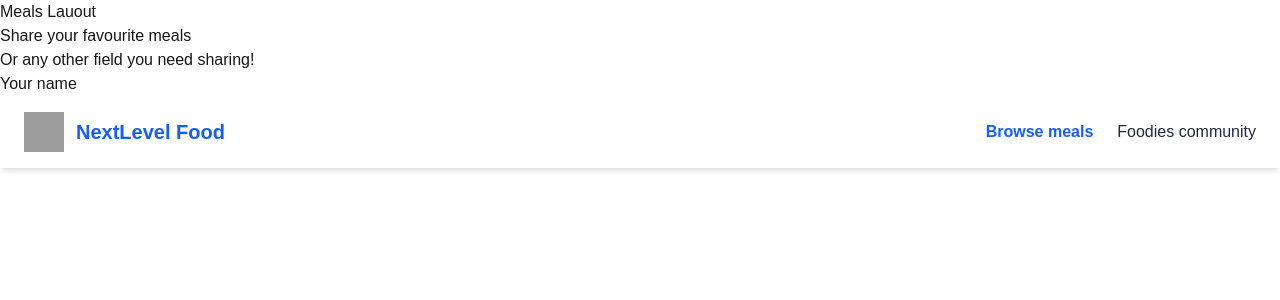
Repository: ananya2420/my-next-app
Page: /meals/share
The author's editor kept a copy of each file at every save. The page is drawn from the files as they stood at one save, then again after a run of saves.
The browser window is 1280 px wide. The pictures show the whole page.
Pictures or frames that could not be fetched are drawn as grey boxes. The project was rebuilt for these pictures with package versions that can differ from the ones it lists, and the page was loaded fresh each time. The framework's server and built-in components were replaced by stand-ins that run in the browser. Also part of the build but not shown: next.config.mjs.

Above is the page before, as saved 2025-03-29 13:38:44.

### src/app/layout.js
//import { Geist, Geist_Mono } from "next/font/google";
import MainHeader from "../../components/main-header";

import "./globals.css";

/*
const geistSans = Geist({
  variable: "--font-geist-sans",
  subsets: ["latin"],
});

const geistMono = Geist_Mono({
  variable: "--font-geist-mono",
  subsets: ["latin"],
});
*/

export const metadata = {
  title: "Create Next App",
  description: "Generated by create next app",
};

export default function RootLayout({ children }) {
  return (
    <html lang="en">
    {/*  <body
       className={`${geistSans.variable} ${geistMono.variable} antialiased`}
      > */}
      <body>
        {children}
        <MainHeader />

      </body>
    </html>
  );
}

### src/app/meals/layout.js
export default function MealsLayout({children}){
    return <>
    <p>Meals Lauout</p>
    {children}

    </>
}

### src/app/meals/share/page.js
export default function ShareMealPage(){

    //console.log('Meals page');

    return(
    <>
    <header>
        <h1>Share your <span>favourite meals</span></h1>
        <p>Or any other field you need sharing!</p>
    </header>

    <main>
        <form>
            <div>
                <p>
                    <label htmlFor="name">Your name</label>
                    <input type='text' id='name' name='name' required />

                </p>
            </div>
        </form>

    </main>
    </>
    )
}

### components/main-header.js


import Link from "next/link";
import logoImg from './assets/icon/logo.png'
import NavLink from "./nav-link";
//import { usePathname } from "next/navigation";

export default function MainHeader() {
  //const path = usePathname();

  return (
    <header className="flex items-center justify-between bg-white shadow-md px-6 py-4">
      {/* Logo and Branding */}
      <Link href="/" className="flex items-center space-x-3 text-xl font-bold text-gray-800">
        <img src={logoImg} alt="A plate with food on it" className="w-10 h-10" />
        <span className="text-blue-600">NextLevel Food</span>
      </Link>

      {/* Navigation */}
      <nav>
        <ul className="flex space-x-6">
          <li>
           <NavLink href="/meals">Browse meals</NavLink>
          </li>
          <li>
            <NavLink href="/community">Foodies community</NavLink>
          </li>
        </ul>
      </nav>
    </header>
  );
}

### src/app/globals.css
@import "tailwindcss";

/* styles/globals.css */
@tailwind base;
@tailwind components;
@tailwind utilities;



:root {
  --background: #ffffff;
  --foreground: #171717;
}

@theme inline {
  --color-background: var(--background);
  --color-foreground: var(--foreground);
  --font-sans: var(--font-geist-sans);
  --font-mono: var(--font-geist-mono);
}

@media (prefers-color-scheme: dark) {
  :root {
    --background: #0a0a0a;
    --foreground: #ededed;
  }
}
*{
  box-sizing: border-box;
}
html{
  font-family: 'Open sans',sans-serif;
  height:100%;
}
body {
  height: 100%;
  margin: 0;
  color:#ddd8e4;
  background: var(--background);
  color: var(--foreground);
  font-family: Arial, Helvetica, sans-serif;
}

### components/nav-link.js
"use client";

import Link from "next/link";
import { usePathname } from "next/navigation";

export default function NavLink({href,children}){

  const path =   usePathname();
    return  <Link href={href} className={`${path.startsWith(href) ? 'text-blue-600 font-bold' : 'text-gray-800'}`}>
   {children}
  </Link>
}

After the next 3 saves:
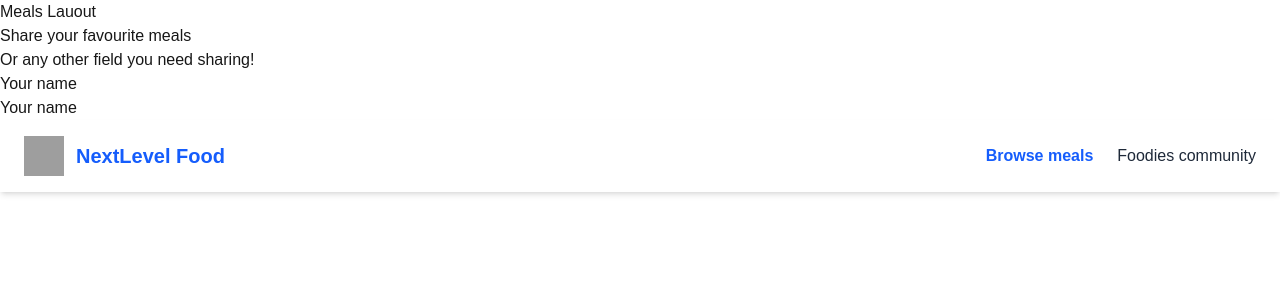
The 3 saves are shown as one change because they came seconds apart.
The last was saved 16 s later.
--- a/src/app/meals/share/page.js
+++ b/src/app/meals/share/page.js
@@ -17,6 +17,12 @@ export default function ShareMealPage(){
                     <input type='text' id='name' name='name' required />
 
                 </p>
+
+                <p>
+                    <label htmlFor="name">Your name</label>
+                    <input type='text' id='name' name='name' required />
+
+                </p>
             </div>
         </form>
 
